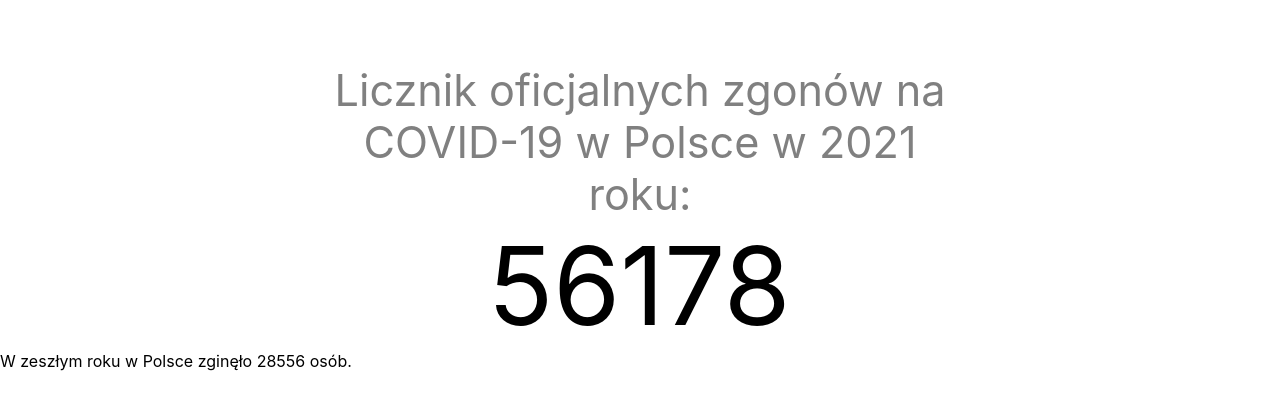
Repository: michalgornicki/poland-covid
Page: /
An editor plug-in stored every save of this project. The page is shown before and after a run of saves, followed by the edit.
The browser window is 1280 px wide. The pictures show the whole page.
The project was rebuilt for these pictures with package versions that can differ from the ones it lists, and the page was loaded fresh each time.

Above is the page before, as saved 2021-12-04 19:13:02.

### src/App.jsx
import React, { useEffect } from 'react';
import './App.css';

function App() {



  const startTime = () => {
    const date = new Date();
    let miliseconds = date.getTime();
    let seconds = Math.round(miliseconds/1000);
    let hours = seconds/3600;
    let thisYearHours = Math.round(hours - 447056);
    let thisYearSeconds = Math.round(seconds - 1609401600)

    let deaths = Math.round(thisYearSeconds*0.00192110763);
    document.getElementsByClassName('counter')[0].innerHTML =  deaths;
    setTimeout(startTime, 1000);
  }

  useEffect(() => {
    startTime()
  });

  return (
    <p>
      <div className="text-container">
      <div className="header">Licznik oficjalnych zgonów na COVID-19 w Polsce w 2021 roku:</div>
      <div className="counter">{""}</div>

      <div className="header-2">W zeszłym roku w Polsce zginęło 28556 osób.</div>


      </div>
    </p>
  );
}

export default App;

### src/App.css
.text-container{
    margin-top: 5%;
}

.header{
    font-size: 6vmin;
    display: block;
    margin: auto;
    width: 50%;
    text-align: center;
    color: gray;
}

.counter{
    font-size: 15vmin;
    display: block;
    margin: auto;
    width: 50%;
    text-align: center;
}

Loaded but not shown: public/index.html (common file); src/index.js (common file); src/index.css (common file); src/reportWebVitals.js (common file)

After the next 3 saves:
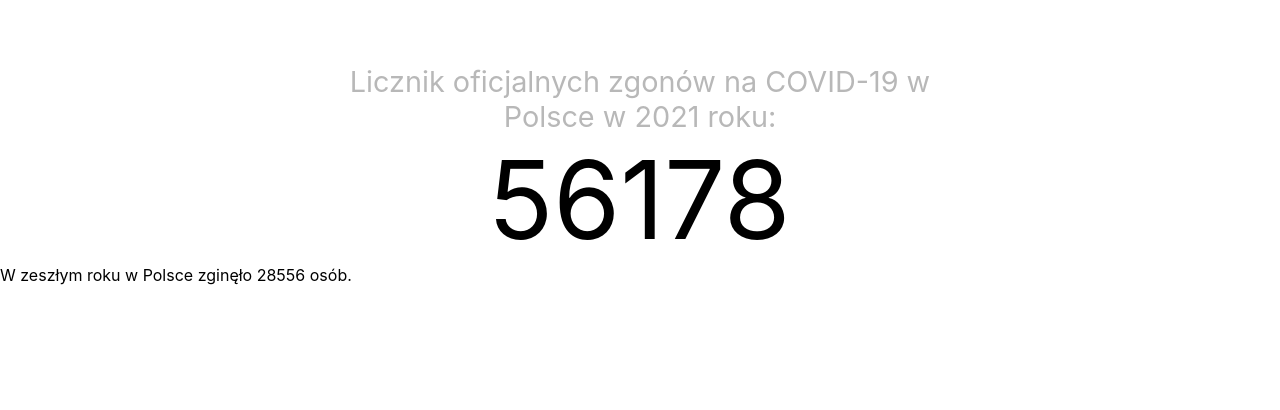
The 3 saves are shown as one change because they came seconds apart.
The last was saved 13 s later.
--- a/src/App.css
+++ b/src/App.css
@@ -11,6 +11,15 @@
     color: gray;
 }
 
+.header{
+    font-size: 4vmin;
+    display: block;
+    margin: auto;
+    width: 50%;
+    text-align: center;
+    color: rgb(184, 184, 184);
+}
+
 .counter{
     font-size: 15vmin;
     display: block;
